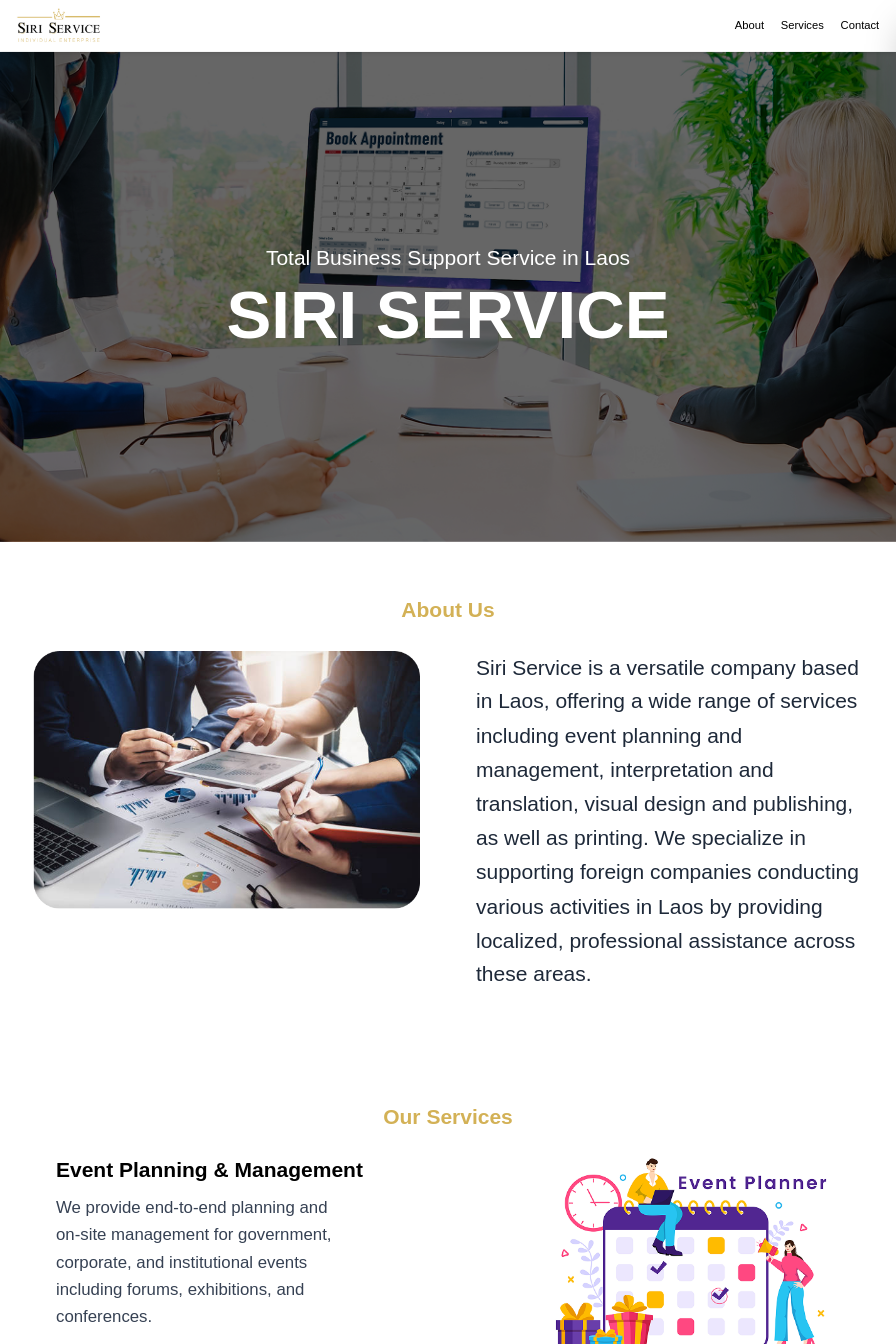
Repository: Phailin-teamplate/siri-service-web
Page: /
The author's editor kept a copy of each file at every save. The page is drawn from the files as they stood at one save, then again after the next save.
The browser window is 1280 px wide. The pictures show the part of the page from y = 0 to 1920 px (the page is 4283 px tall), at 70% of full size.
The project was rebuilt for these pictures with package versions that can differ from the ones it lists, and the page was loaded fresh each time. The framework's server and built-in components were replaced by stand-ins that run in the browser. Also part of the build but not shown: next.config.ts.

Above is the page before, as saved 2025-07-02 15:53:15.

After the next save:
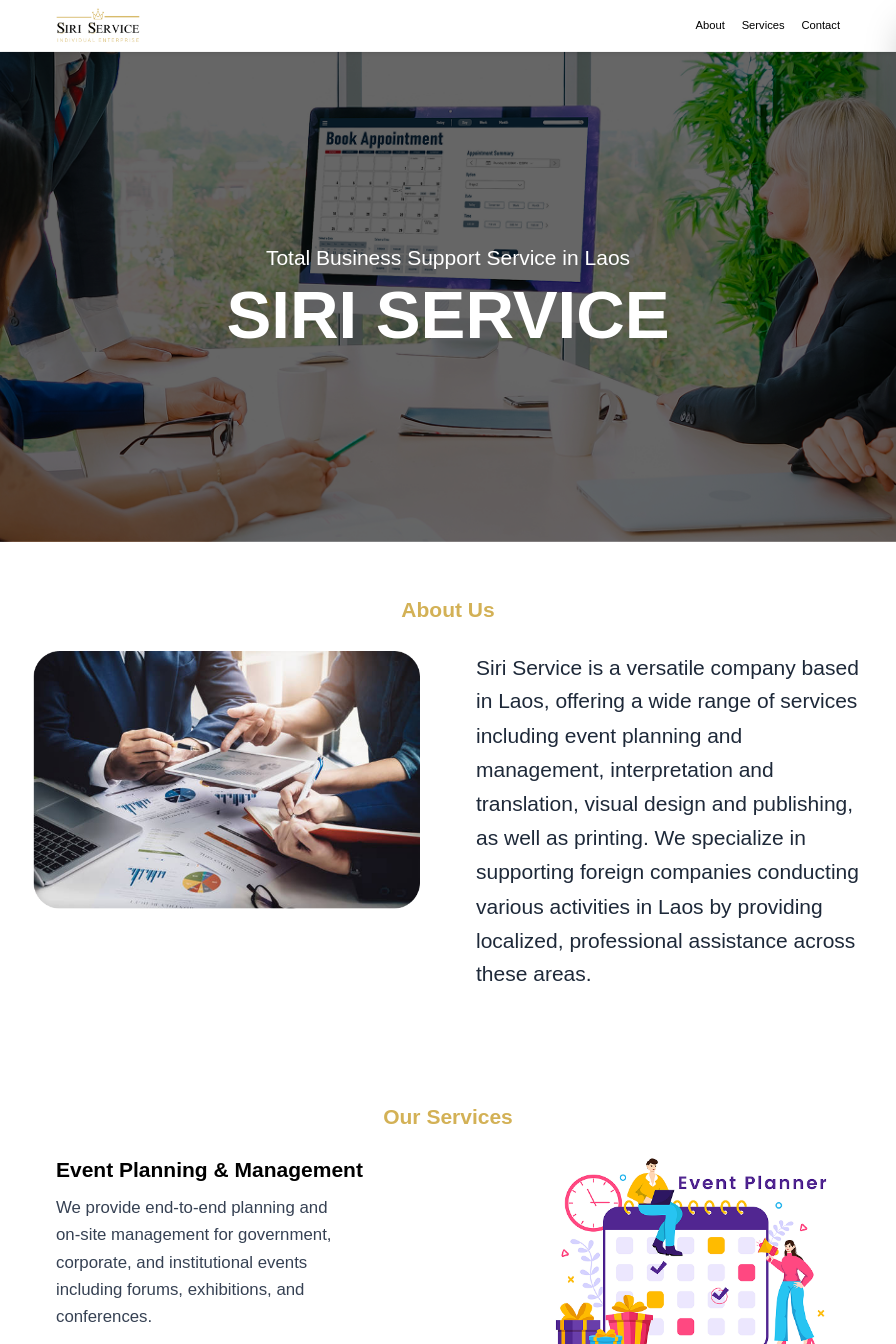
Saved 59 s later.
--- a/src/components/navbar.tsx
+++ b/src/components/navbar.tsx
@@ -36,7 +36,7 @@
 
   return (
     <div className="w-full sticky top-0 z-50 bg-white shadow-md">
-      <nav className="flex items-center justify-between px-6 py-3">
+      <nav className="flex items-center justify-between px-20 py-3">
         {/* Logo */}
         <button
           onClick={() => handleSmoothScroll("/")}
